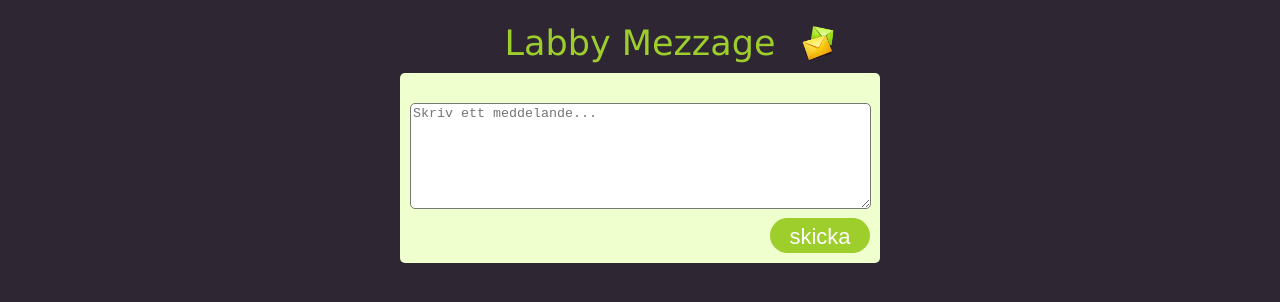
Repository: ad222kr/1dv403-laborationer
Page: 2-labbymezzage/index.html
The author's editor kept a record of every edit. The page is drawn from the files as they stood at one moment, then again after the next edit.
The browser window is 1280 px wide. The pictures show the whole page.

Above is the page before.

After the next edit:
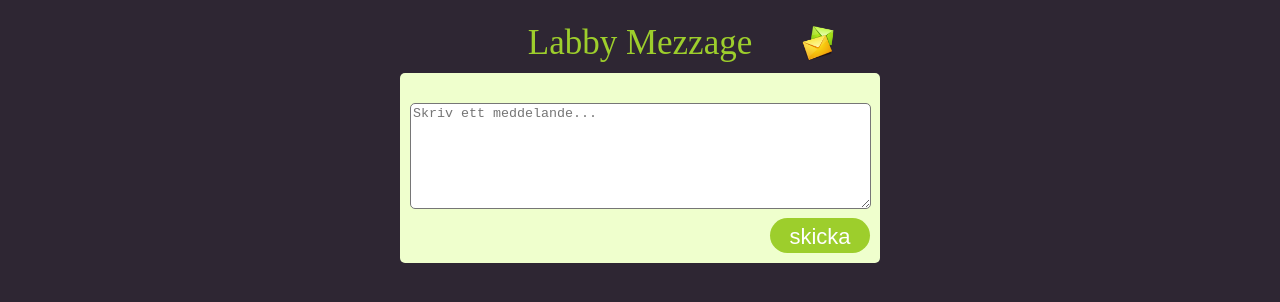
The edit:
--- a/2-labbymezzage/css/style.css
+++ b/2-labbymezzage/css/style.css
@@ -4,7 +4,7 @@
 
 h1{
     color:#9dce2c;
-    font-family: Verdana, Helvetica;
+
     font-size: 35px;
     font-weight: normal;
 }

After the edit that followed:
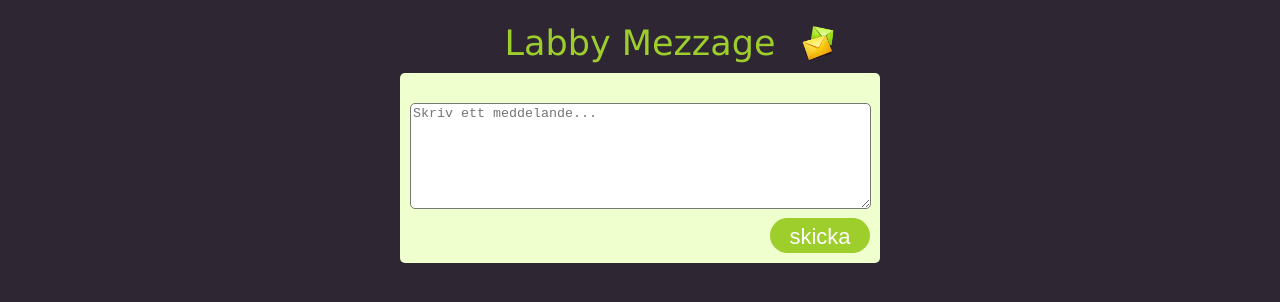
The edit:
--- a/2-labbymezzage/css/style.css
+++ b/2-labbymezzage/css/style.css
@@ -1,5 +1,6 @@
 body{
     background-color: #2E2633; /* Ändra sen */
+    font-family: Verdana, Helvetica;
 }
 
 h1{
